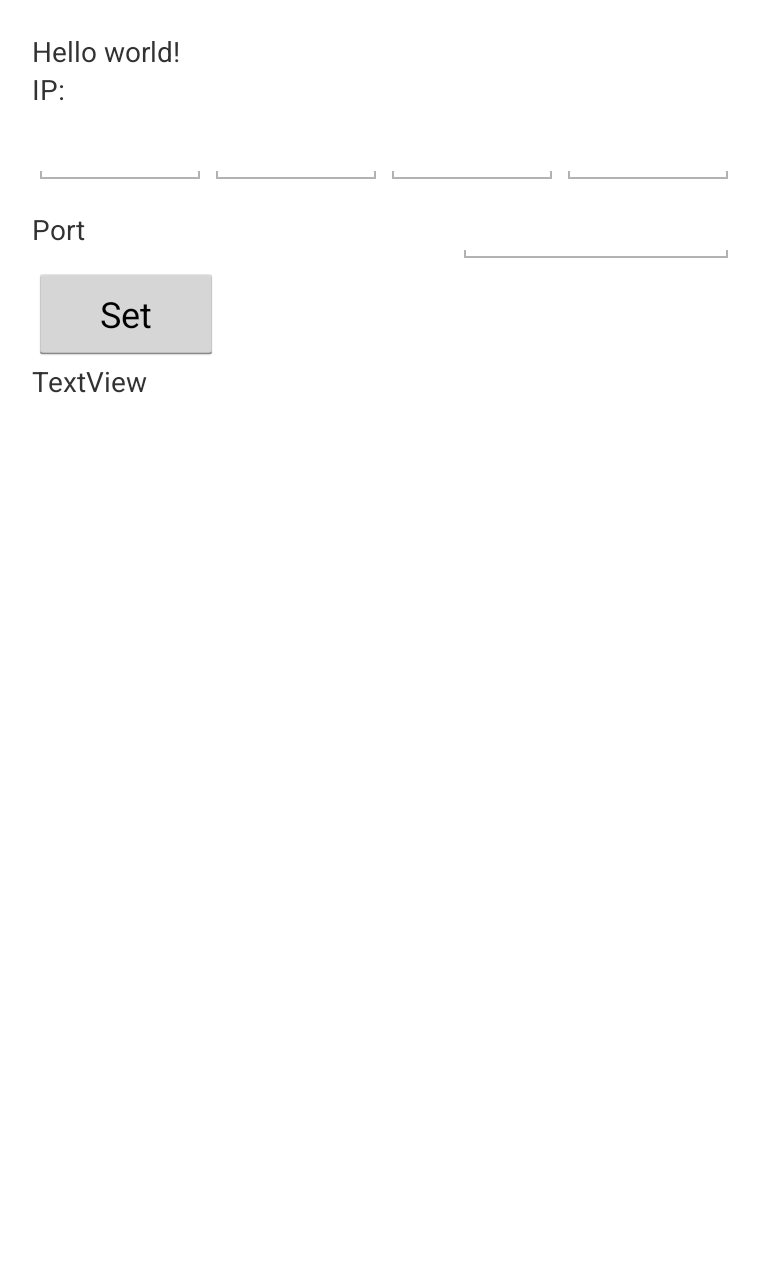
Repository: hfutcgncas/Android
Layout: ToyCarV3/res/layout/activity_toy_car.xml
The author's editor kept a copy of each file at every save. The layout is drawn from the files as they stood at one save, then again after the next save.
It is drawn on a 768 x 1280 px phone screen (xhdpi) without system bars, with theme AppTheme; the app's code is not run.

Above is the layout before, as saved 2015-06-10 17:20:58.

After the next save:
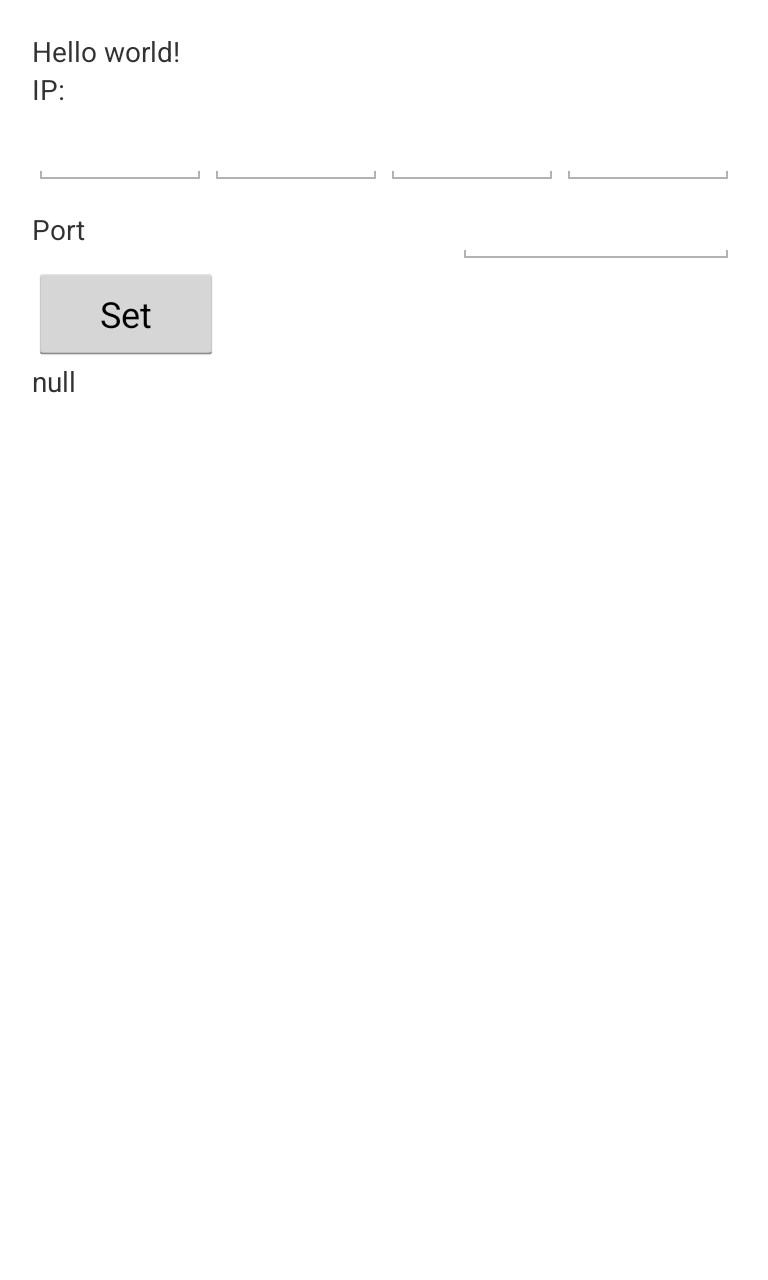
Saved 6 s later.
--- a/ToyCarV3/res/layout/activity_toy_car.xml
+++ b/ToyCarV3/res/layout/activity_toy_car.xml
@@ -97,7 +97,7 @@
             android:layout_width="match_parent"
             android:layout_height="wrap_content"
             android:layout_weight="0.05"
-            android:text="TextView" />
+            android:text="null" />
     </LinearLayout>
 
 </RelativeLayout>
